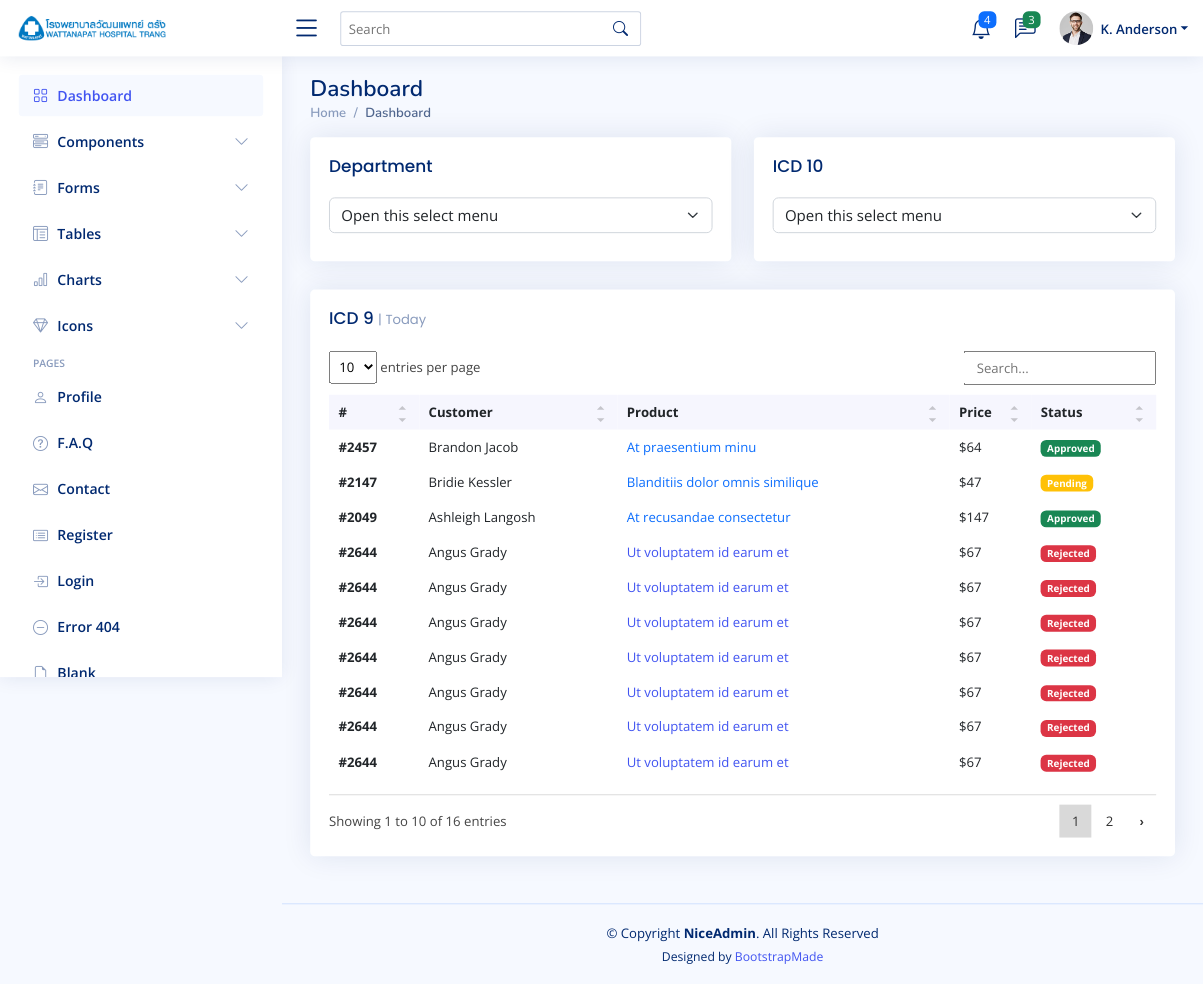
Repository: watcharin09615/base_cmi
Page: http://localhost/index.php
The author's editor kept a copy of each file at every save. The page is drawn from the files as they stood at one save, then again after the next save.
The browser window is 1280 px wide. The pictures show the whole page, at 94% of full size.
Some web libraries are served in a nearby version. The page is run by PHP 8.4 with error messages shown; the project is at /var/www/html/.

Above is the page before, as saved 2023-01-20 13:23:28.
Console error: TypeError: $(...).select2 is not a function

After the next save:
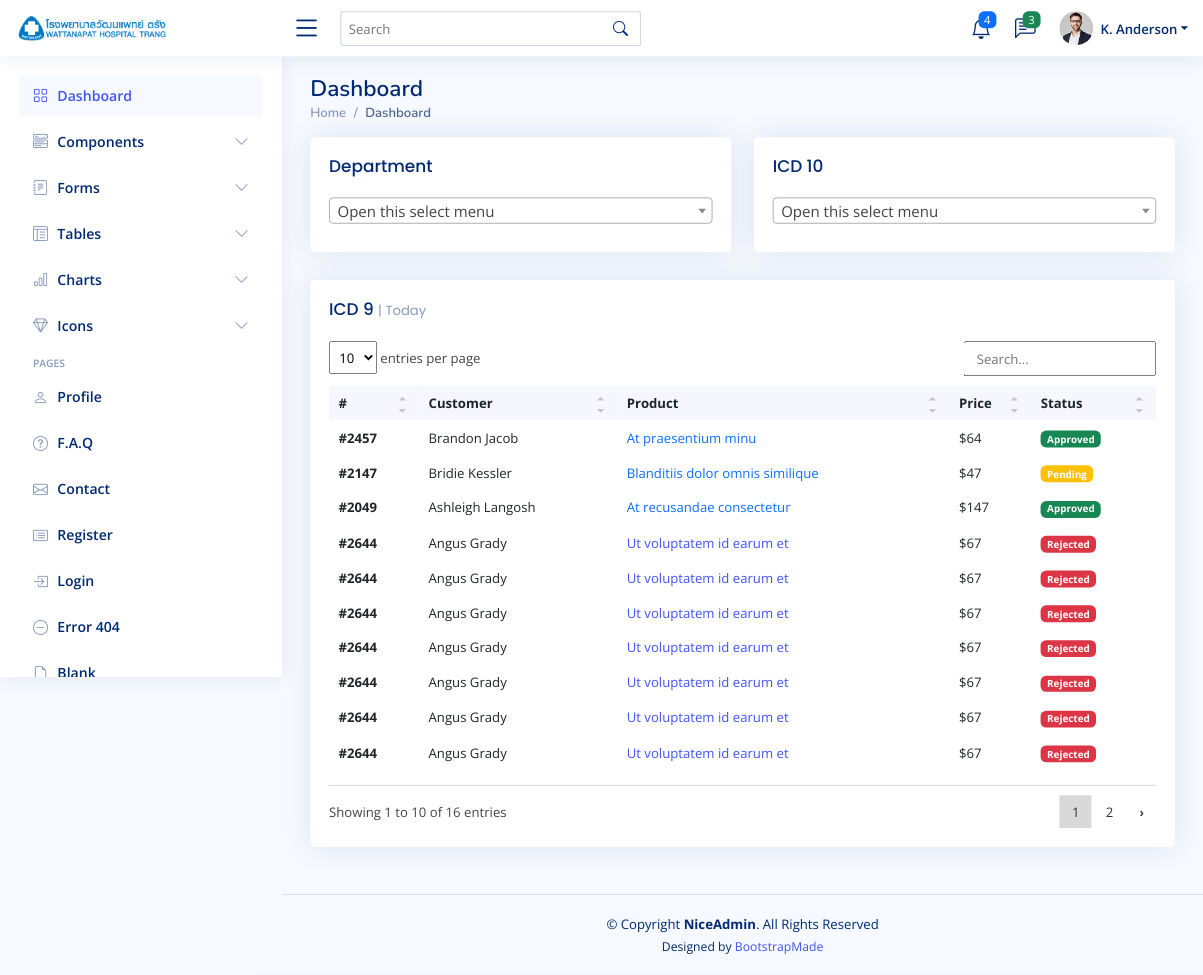
Console error: ReferenceError: params is not defined
Saved 66 s later.
--- a/index.php
+++ b/index.php
@@ -481,7 +481,12 @@
   <script src="assets/js/main.js"></script>
 
   <script>
+
+  $( document ).ready(function(){
+
   $('.form-select').select2();
+  });
+
   </script>
 
 
